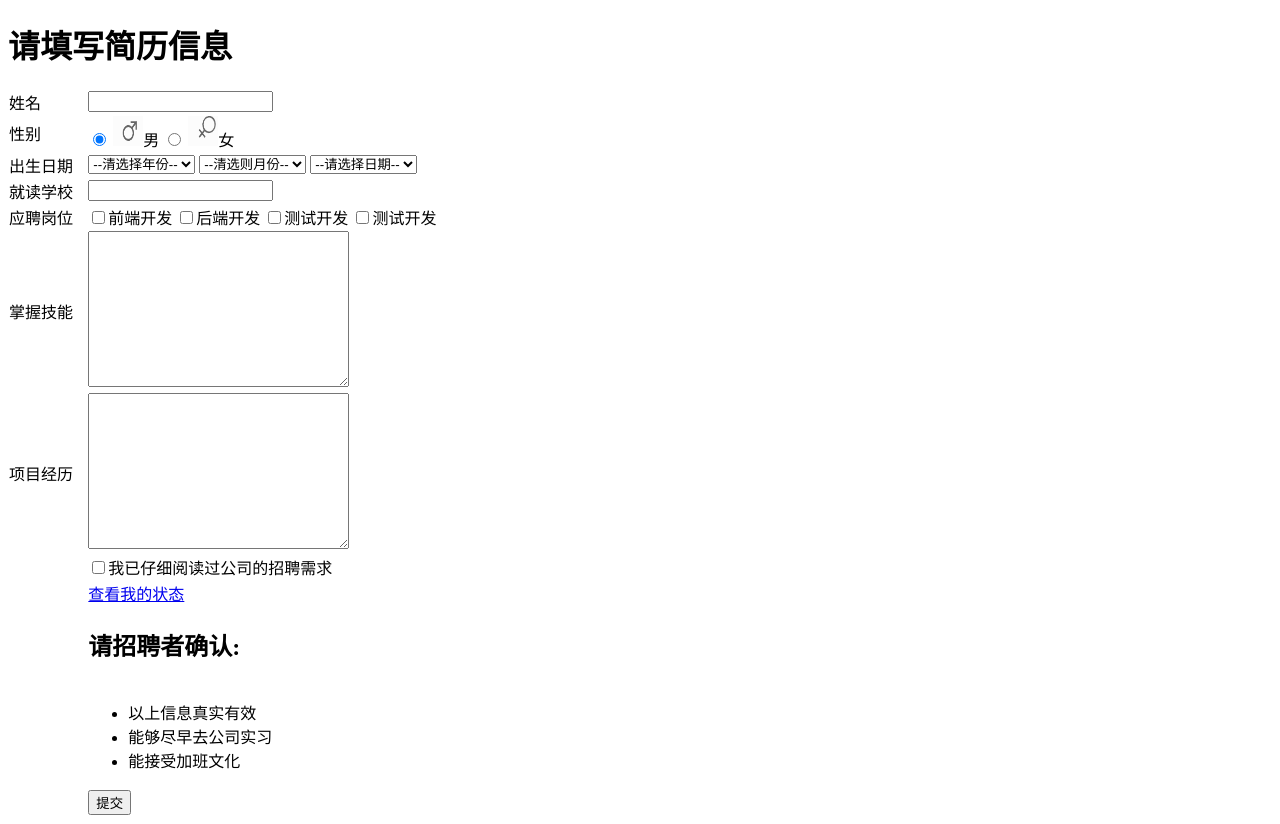
Repository: ls02/VSCode
Page: Java/2022/6-29-1/Test2.html
An editor plug-in stored every save of this project. The page is shown before and after the next save, followed by the edit.
The browser window is 1280 px wide. The pictures show the whole page.

Above is the page before, as saved 2022-06-30 16:23:21.

After the next save:
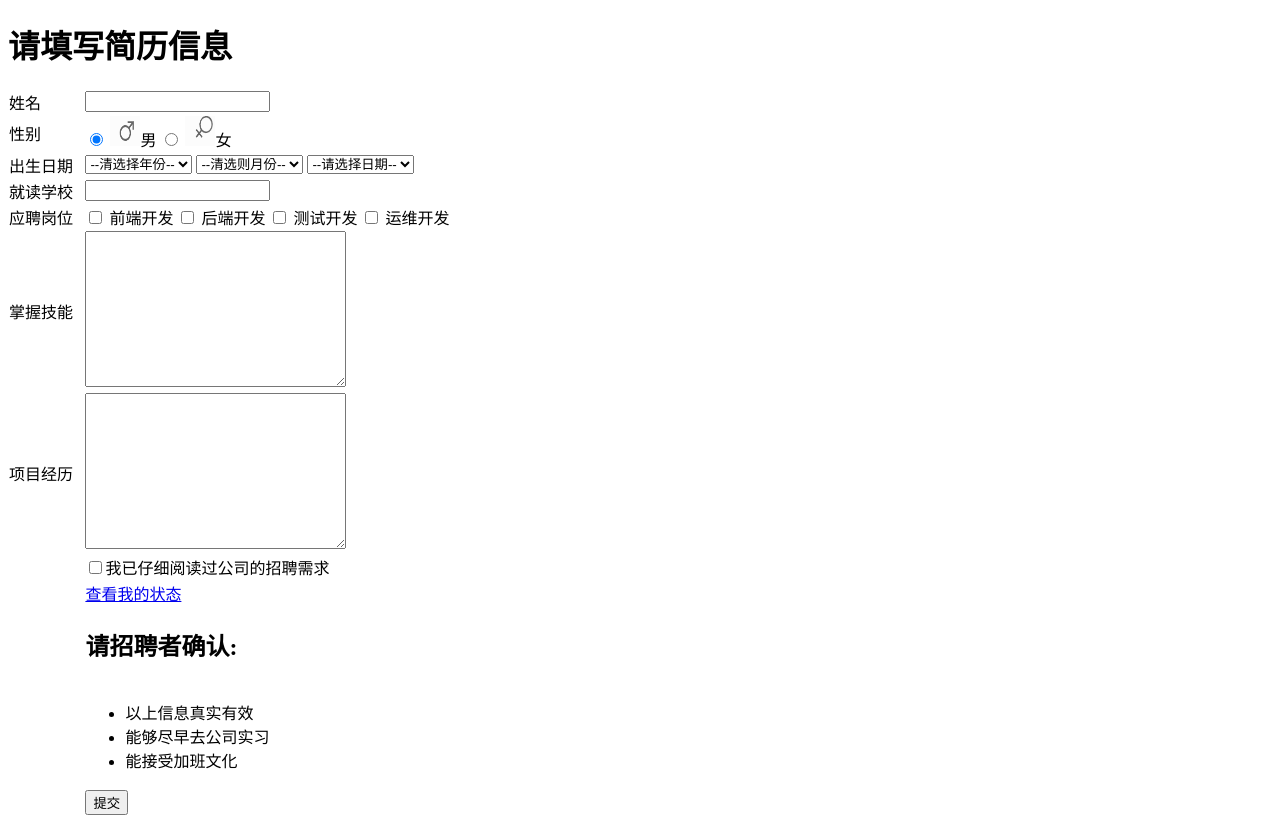
Saved 2 min 50 s later.
--- a/Java/2022/6-29-1/Test2.html
+++ b/Java/2022/6-29-1/Test2.html
@@ -2,7 +2,7 @@
  * @Author: ls02 <2877455773@qq.com>
  * @Date: 2022-06-30 15:38:36
  * @LastEditors: ls02 <2877455773@qq.com>
- * @LastEditTime: 2022-06-30 16:23:20
+ * @LastEditTime: 2022-06-30 16:26:11
  * @FilePath: \Java\2022\6-29-1\Test2.html
  * @Description:
  *
@@ -123,10 +123,14 @@
                 应聘岗位
             </td>
             <td>
-               <label for="frontend"><input type="checkbox" id="frontend">前端开发</label>
-                <input type="checkbox">后端开发
-                <input type="checkbox">测试开发
-                <input type="checkbox">测试开发
+                <input type="checkbox" id="frontend">
+                <label for="frontend">前端开发</label>
+                <input type="checkbox" id="backend">
+                <label for="backend">后端开发 </label>
+                <input type="checkbox" id="development">
+                <label for="development">测试开发</label>
+                <input type="checkbox" id="op">
+                <label for="op">运维开发</label>
             </td>
         </tr>
         <tr>
